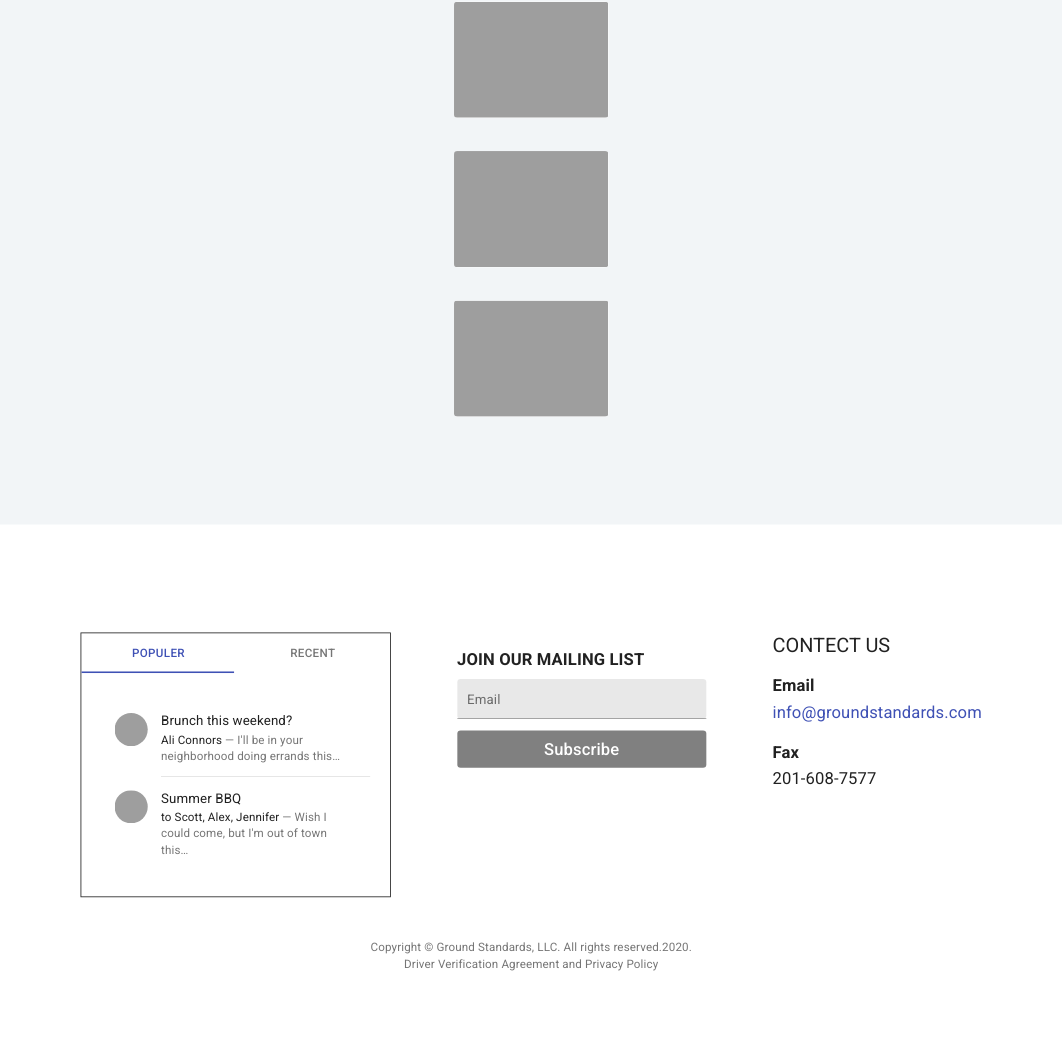
Repository: vinuvish/groundstandards_react
Page: /ourSolution
An editor plug-in stored every save of this project. The page is shown before and after a run of saves, followed by the edit.
The browser window is 1280 px wide. The pictures show the part of the page from y = 300 to 1651 px (the page is 1551 px tall before and 1651 px after), at 83% of full size.
Pictures or frames that could not be fetched are drawn as grey boxes. The page's requests for data from a server got no answer. The project was rebuilt for these pictures with package versions that can differ from the ones it lists, and the page was loaded fresh each time. No one was signed in, and anything a server would have sent is missing. Also part of the build but not shown: src/pages/app/NotFoundPage.tsx, src/pages/app/SignUpPage.tsx, src/pages/app/AboutPage.tsx, src/pages/app/OurPartnerPage.tsx, src/pages/app/ResourcePage.tsx, src/pages/app/PressPage.tsx, src/pages/app/BlockPage.tsx, src/pages/app/ContactPage.tsx and 4 more. Imported but missing from the stored project, and not drawn on this page: src/assets/video/video-2.mp4.

Above is the page before, as saved 2020-12-05 13:35:30.

### public/index.html
<!DOCTYPE html>
<html lang="en">
  <head>
    <meta charset="utf-8" />
    <link rel="icon" href="%PUBLIC_URL%/favicon.png" />
    <meta name="viewport" content="width=device-width, initial-scale=1" />
    <meta name="theme-color" content="#000000" />
    <meta name="description" content="Web site created using create-react-app" />
    <link rel="apple-touch-icon" href="%PUBLIC_URL%/logo192.png" />
    <link rel="stylesheet" href="https://fonts.googleapis.com/css?family=Roboto:300,400,500,700&display=swap" />
    <link rel="stylesheet" href="https://fonts.googleapis.com/icon?family=Material+Icons" />
    <!--
      manifest.json provides metadata used when your web app is installed on a
      user's mobile device or desktop. See https://developers.google.com/web/fundamentals/web-app-manifest/
    -->
    <link rel="manifest" href="%PUBLIC_URL%/manifest.json" />
    <!--
      Notice the use of %PUBLIC_URL% in the tags above.
      It will be replaced with the URL of the `public` folder during the build.
      Only files inside the `public` folder can be referenced from the HTML.

      Unlike "/favicon.ico" or "favicon.ico", "%PUBLIC_URL%/favicon.ico" will
      work correctly both with client-side routing and a non-root public URL.
      Learn how to configure a non-root public URL by running `npm run build`.
    -->
    <title>Ground Standard</title>
  </head>
  <body>
    <noscript>You need to enable JavaScript to run this app.</noscript>
    <div id="root"></div>
    <!--
      This HTML file is a template.
      If you open it directly in the browser, you will see an empty page.

      You can add webfonts, meta tags, or analytics to this file.
      The build step will place the bundled scripts into the <body> tag.

      To begin the development, run `npm start` or `yarn start`.
      To create a production bundle, use `npm run build` or `yarn build`.
    -->
  </body>
</html>

### src/App.tsx
import { CssBaseline, MuiThemeProvider, StylesProvider } from '@material-ui/core';
import { SnackbarProvider } from 'notistack';
import React from 'react';
import { theme } from './app_utils/MuiTheme';
import AppRouterRoutes from './AppRoutes';
import { useAppStore } from './models_stores/appStore';

function App() {
  const streamAuthUser = useAppStore((state) => state.streamAuthUser);
  const streamProducts = useAppStore((state) => state.streamDocuments);
  const streamCategories = useAppStore((state) => state.streamNotifications);
  const streamUsers = useAppStore((state) => state.streamUsers);

  React.useEffect(() => {
    streamAuthUser();
    streamCategories();
    streamUsers();
    streamProducts();
  }, []); // eslint-disable-line

  return (
    <SnackbarProvider maxSnack={3} anchorOrigin={{ vertical: 'bottom', horizontal: 'right' }}>
      <MuiThemeProvider theme={theme}>
        <CssBaseline />
        <StylesProvider injectFirst>
          <AppRouterRoutes></AppRouterRoutes>
        </StylesProvider>
      </MuiThemeProvider>
    </SnackbarProvider>
  );
}

export default App;

### src/app_utils/MuiTheme.tsx
import { createMuiTheme } from '@material-ui/core/styles';
import { BreakpointOverrides } from '@material-ui/core/styles/createBreakpoints';
import { Shadows } from '@material-ui/core/styles/shadows';

declare module '@material-ui/core/styles/createBreakpoints' {
  interface BreakpointOverrides {
    xs: true;
    sm: true;
    md: true;
    lg: true;
    xl: true;
    tablet: true;
    laptop: true;
    desktop: true;
  }
}

export const theme = createMuiTheme({
  breakpoints: {
    values: { xs: 0, sm: 600, md: 960, lg: 1280, xl: 1920, tablet: 400, laptop: 900, desktop: 1200 }
  },

  shadows: Array(25).fill('none') as Shadows,

  props: {
    MuiInput: { disableUnderline: true },
    MuiButton: { disableElevation: true },
    MuiButtonBase: { disableRipple: true },
    MuiPaper: { elevation: 0 },
    MuiCard: { elevation: 0 },
    MuiDivider: { color: 'white' },
    MuiOutlinedInput: {}
  },
  overrides: {
    MuiPaper: {
      root: {
        elevation: 0
      }
    },
    MuiCard: {
      root: {
        elevation: 0
      }
    },
    MuiButton: {
      root: {
        textTransform: 'capitalize'
      }
    }
  },
  palette: {
    background: {
      default: '#F2F5F7'
    }
  }
});

export const breakpoint = {
  xs: `(min-width: 0px)`,
  sm: `(min-width: 576px)`,
  md: `(min-width: 768px)`,
  lg: `(min-width: 992px)`,
  xl: `(min-width: 1200px)`
};

### src/AppRoutes.tsx
import { Container, createStyles, Grid, makeStyles, Theme } from '@material-ui/core';
import React from 'react';
import { Route, Router, Switch } from 'react-router-dom';
import ZAppBar from './components/ZAppBar';
import ZAppBarDrawer from './components/ZAppBarDrawer';
import NotFoundPage from './pages/app/NotFoundPage';
import SignUpPage from './pages/app/SignUpPage';
import history from './app_utils/History';
import AboutPage from './pages/app/AboutPage';
import OurSolutionPage from './pages/app/OurSolutionPage';
import OurPartnerPage from './pages/app/OurPartnerPage';
import ResourcePage from './pages/app/ResourcePage';
import PressPage from './pages/app/PressPage';
import BlockPage from './pages/app/BlockPage';
import ContactPage from './pages/app/ContactPage';
import AppHomePage from './pages/app/AppHomePage';
import ZFooter from './components/ZFooter';

const AppRouterRoutes = () => {
  const classes = useStyles();

  return (
    <Router history={history}>

      <ZAppBar />
      <Switch>{[AppRoutes]}</Switch>
      <ZFooter />
    </Router>


  );
};


const AppRoutes = [
  <Route exact path='/' component={AppHomePage} />,
  <Route exact path='/aboutUs' component={AboutPage} />,
  <Route exact path='/signUp' component={SignUpPage} />,
  <Route exact path='/ourSolution' component={OurSolutionPage} />,
  <Route exact path='/ourPartner' component={OurPartnerPage} />,
  <Route exact path='/resource' component={ResourcePage} />,
  <Route exact path='/press' component={PressPage} />,
  <Route exact path='/blog' component={BlockPage} />,
  <Route exact path='/contact' component={ContactPage} />,
  <Route component={NotFoundPage} />
];

const useStyles = makeStyles((theme: Theme) =>
  createStyles({
    grid: {
      display: 'flex'
    },
    containerAuthenticated: {
      margin: 'auto',
      marginTop: 68,
      padding: 20,
      width: `calc(100% - 240px)`,
      [theme.breakpoints.down('md')]: {
        width: '100%'
      }
    },
    containerUnauthenticated: {}
  })
);

export default AppRouterRoutes;

### src/app_utils/History.tsx
import { createBrowserHistory } from 'history';
export default createBrowserHistory({});

### src/pages/app/OurSolutionPage.tsx
import * as React from 'react';
import { makeStyles, Theme } from '@material-ui/core/styles';
import { Box, Card, Grid, Typography, CardActionArea, CardMedia } from '@material-ui/core';

interface Props { }

const OurSolutionPage: React.FC<Props> = () => {
    const classes = useStyles();
    const [state, setState] = React.useState({
        raised: false,
        shadow: 1,
    })
    return (
        <div className={classes.root}>
            <Grid container className={classes.grid} direction='column'>
                <Grid item xs={12}>
                    <Typography variant="h2">
                        <Box fontWeight={600} justifyContent='center' >
                            THE #1 SOLUTION
               </Box>
                    </Typography>
                </Grid>


            </Grid>
            <Grid container className={classes.grid} direction='column'>

                <Grid item xs={12}>
                    <Grid container justify="center" spacing={10}>
                        <Grid item>

                            <Card className={classes.image} classes={{ root: state.raised ? classes.cardHovered : "" }}
                                onMouseOver={() => setState({ raised: true, shadow: 3 })}
                                onMouseOut={() => setState({ raised: false, shadow: 1 })}
                                raised={state.raised} >

                                <CardActionArea>
                                    <CardMedia

                                        component="img"
                                        alt={'image'}
                                        height="140"
                                        image={'http://groundstandards.com/wp-content/uploads/compliance.png'}
                                        title={'image'}
                                    />
                                </CardActionArea>

                            </Card>
                        </Grid>


                    </Grid>

                    <Grid container justify="center" spacing={10}>
                        <Grid item>

                            <Card className={classes.image} classes={{ root: state.raised ? classes.cardHovered : "" }}
                                onMouseOver={() => setState({ raised: true, shadow: 3 })}
                                onMouseOut={() => setState({ raised: false, shadow: 1 })}
                                raised={state.raised} >

                                <CardActionArea>
                                    <CardMedia

                                        component="img"
                                        alt={'image'}
                                        height="140"
                                        image={'http://groundstandards.com/wp-content/uploads/compliance.png'}
                                        title={'image'}
                                    />
                                </CardActionArea>

                            </Card>
                        </Grid>


                    </Grid>
                    <Grid container justify="center" spacing={10}>
                        <Grid item>

                            <Card className={classes.image} classes={{ root: state.raised ? classes.cardHovered : "" }}
                                onMouseOver={() => setState({ raised: true, shadow: 3 })}
                                onMouseOut={() => setState({ raised: false, shadow: 1 })}
                                raised={state.raised} >

                                <CardActionArea>
                                    <CardMedia

                                        component="img"
                                        alt={'image'}
                                        height="140"
                                        image={'http://groundstandards.com/wp-content/uploads/compliance.png'}
                                        title={'image'}
                                    />
                                </CardActionArea>

                            </Card>
                        </Grid>


                    </Grid>
                </Grid>
            </Grid>
        </div>


    );
};

const useStyles = makeStyles((theme: Theme) => ({
    root: {
        width: '100vW',
        padding: theme.spacing(10, 20),
    }, grid: {
        padding: '50px',
        justifyContent: 'center',
        alignItems: 'center',
    },
    image: {
        maxWidth: 310,
        transition: "transform 0.50s ease-in-out"
    },
    cardHovered: {
        transform: "scale3d(1.05, 1.05, 2)"
    },
    grid: {
        padding: '50px',
        justifyContent: 'center',
        alignItems: 'center',
    },
}));

OurSolutionPage.defaultProps = {};

export default OurSolutionPage;

### src/firebase/firebase.tsx
import firebase from 'firebase/app';
import 'firebase/firestore';
import 'firebase/auth';
import 'firebase/storage';

const firebaseConfig = {
  apiKey: 'AIzaSyBWf1JYtcld5rEhou2YyANxAtl20AylP80',
  authDomain: 'groundstandards-8a1dd.firebaseapp.com',
  databaseURL: 'https://groundstandards-8a1dd.firebaseio.com',
  projectId: 'groundstandards-8a1dd',
  storageBucket: 'groundstandards-8a1dd.appspot.com',
  messagingSenderId: '137110708999',
  appId: '1:137110708999:web:ab0b42be7878425a805ba2',
  measurementId: 'G-V8H0LZB9DH'
};

if (!firebase.apps.length) firebase.initializeApp(firebaseConfig);

const firestore = firebase.firestore();
const auth = firebase.auth();

export { firebase as fireFirebase, firestore as fireFirestore, auth as fireAuth };

### src/models/AuthUserModel.ts
export class AuthUser implements IAuthUser {
  email: string;
  firstName: string;
  id: string;
  lastName: string;
  isActive: boolean;
  isAdmin: boolean;
  timestampAdded: Date;
  timestampLastLogin: Date;

  constructor(x: IAuthUser) {
    this.email = x.email;
    this.firstName = x.firstName;
    this.id = x.id;
    this.lastName = x.lastName;
    this.isActive = x.isActive;
    this.isAdmin = x.isAdmin;
    this.timestampAdded = x.timestampAdded;
    this.timestampLastLogin = x.timestampLastLogin;
  }

  static fromFirestore(doc: firebase.firestore.DocumentSnapshot<firebase.firestore.DocumentData>): AuthUser | null {
    const data = doc.data();
    if (!data) return null;

    return new AuthUser({
      email: data['email'] ?? '',
      firstName: data['firstName'] ?? '',
      id: doc.id,
      lastName: data['lastName'] ?? '',
      isActive: data['isActive'] ?? true,
      isAdmin: data['isAdmin'] ?? false,
      timestampAdded: data['timestampAdded']?.toDate() ?? new Date(),
      timestampLastLogin: data['timestampLastLogin']?.toDate() ?? new Date()
    });
  }

  getFullName(): string {
    return `${this.firstName} ${this.lastName}`;
  }
}

interface IAuthUser {
  email: string;
  firstName: string;
  id: string;
  lastName: string;
  isActive: boolean;
  isAdmin: boolean;
  timestampAdded: Date;
  timestampLastLogin: Date;
}
export interface IAuthUserRegister {
  email: string;
  firstName: string;
  lastName: string;
  password: string;
  isAdmin: boolean;
}

export interface IAuthUserUpdate {
  id: string;
  firstName: string;
  lastName: string;
  isActive: boolean;
  isAdmin: boolean;
}

### src/models/NotificationModel.ts
export class NotificationModel implements IEventModel {
  body: string;
  title: string;
  linkUrl: string;
  id: string;
  timestampAdded: Date;

  constructor(x: IEventModel) {
    {
      this.id = x.id;
      this.linkUrl = x.linkUrl;
      this.body = x.body;
      this.timestampAdded = x.timestampAdded;
      this.title = x.title;
    }
  }

  static fromFirestore(doc: firebase.firestore.DocumentSnapshot<firebase.firestore.DocumentData>): NotificationModel | null {
    const data = doc.data();
    if (!data) return null;
    return new NotificationModel({
      body: data['body'] ?? '',
      id: doc.id,
      linkUrl: data['linkUrl'] ?? '',
      timestampAdded: data['timestampAdded']?.toDate() ?? Date.now(),
      title: data['title'] ?? ''
    });
  }
}

interface IEventModel {
  body: string;
  title: string;
  linkUrl: string;
  id: string;
  timestampAdded: Date;
}

### src/components/ZTextFromField.tsx
import * as React from 'react';
import { makeStyles, TextField, Theme } from '@material-ui/core';
import { Controller, FieldError, Control } from 'react-hook-form';

interface Props {
  label: string;
  defaultValue?: string;
  className?: string;
  control: Control;
  error?: FieldError | undefined;
  name: string;
  rules?: any;
  rows?: number;
  type?: string;
  disabled?: boolean;
  variant?: 'standard' | 'filled' | 'outlined' | undefined;
}

const ZTextFormField: React.FC<Props> = ({ label, defaultValue, className, control, name, rules, rows, type, variant, error, disabled }) => {
  const classes = useStyles();
  return (
    <div key={name} className={className}>
      <Controller
        key={name}
        as={
          <TextField
            InputProps={{
              classes: { root: classes.root }
            }}
            disabled={disabled ?? false}
            name={name}
            error={error?.message ? true : false}
            helperText={error?.message ? error.message : undefined}
            fullWidth
            margin='dense'
            multiline={type ? false : true}
            rows={type ? undefined : rows}
            type={type}
            variant={(variant ?? 'outlined') as any}
          />
        }
        rules={rules ?? { required: 'This field is required' }}
        autoComplete='false'
        label={label}
        name={name}
        control={control}
        defaultValue={defaultValue ?? ''}
      />
    </div>
  );
};

const useStyles = makeStyles((theme: Theme) => ({
  root: {
    borderRadius: '4px'
  }
}));

ZTextFormField.defaultProps = {};

export default ZTextFormField;

// rules={register({
//             required: true,
//             pattern: {
//               value: /^[A-Z0-9._%+-]+@[A-Z0-9.-]+\.[A-Z]{2,}$/i,
//               message: 'Invalid email address',
//             },
//           })}

### src/components/ZTabPanal.tsx
import { Box, Typography } from '@material-ui/core';
import React from 'react';


interface Props {
    children?: React.ReactNode;
    dir?: string;
    index: any;
    value: any;
}

const ZTabPanal: React.FC<Props> = ({ children, value, index, ...other }) => {

    return (
        <Box borderTop={0} >
            <div
                role="tabpanel"
                hidden={value !== index}
                id={`full-width-tabpanel-${index}`}
                aria-labelledby={`full-width-tab-${index}`}
                {...other}>
                {value === index && (
                    <Box p={3}>
                        <Typography>{children}</Typography>
                    </Box>
                )}

            </div>
        </Box>
    );


}

ZTabPanal.defaultProps = {};

export default ZTabPanal;

### src/components/ZListCard.tsx
import { Box, createStyles, makeStyles, Theme } from '@material-ui/core';
import React from 'react';
import List from '@material-ui/core/List';
import ListItem from '@material-ui/core/ListItem';
import Divider from '@material-ui/core/Divider';
import ListItemText from '@material-ui/core/ListItemText';
import ListItemAvatar from '@material-ui/core/ListItemAvatar';
import Avatar from '@material-ui/core/Avatar';
import Typography from '@material-ui/core/Typography';

interface Props {
    children?: React.ReactNode;
    dir?: string;
    index: any;
    value: any;
}

const ZListCard = () => {
    const classes = useStyles();

    return (
        <>
            <List className={classes.root}>
                <ListItem alignItems="flex-start">
                    <ListItemAvatar>
                        <Avatar alt="Remy Sharp" src="/static/images/avatar/1.jpg" />
                    </ListItemAvatar>
                    <ListItemText
                        primary="Brunch this weekend?"
                        secondary={
                            <React.Fragment>
                                <Typography
                                    component="span"
                                    variant="body2"
                                    className={classes.inline}
                                    color="textPrimary"
                                >
                                    Ali Connors
                  </Typography>
                                {" — I'll be in your neighborhood doing errands this…"}
                            </React.Fragment>
                        }
                    />
                </ListItem>
                <Divider variant="inset" component="li" />
                <ListItem alignItems="flex-start">
                    <ListItemAvatar>
                        <Avatar alt="Travis Howard" src="/static/images/avatar/2.jpg" />
                    </ListItemAvatar>
                    <ListItemText
                        primary="Summer BBQ"
                        secondary={
                            <React.Fragment>
                                <Typography
                                    component="span"
                                    variant="body2"
                                    className={classes.inline}
                                    color="textPrimary"
                                >
                                    to Scott, Alex, Jennifer
                  </Typography>
                                {" — Wish I could come, but I'm out of town this…"}
                            </React.Fragment>
                        }
                    />
                </ListItem>

            </List>
        </>
    );

}

ZListCard.defaultProps = {};

export default ZListCard;
const useStyles = makeStyles((theme: Theme) =>
    createStyles({
        root: {
            width: '100%',
            maxWidth: '36ch',
            backgroundColor: theme.palette.background.paper,
        },
        inline: {
            display: 'inline',
        },
    }),
);

Loaded but not shown: src/index.tsx (common file); src/styles/index.css (common file); src/components/ZAppBar.tsx (209 lines, source omitted); src/components/ZFooter.tsx (169 lines, source omitted); src/models/DocumentModel.ts (144 lines, source omitted); src/components/ZAppBarDrawerTemp.tsx (129 lines, source omitted); src/models_stores/appStore.ts (105 lines, source omitted)

After the next 2 saves:
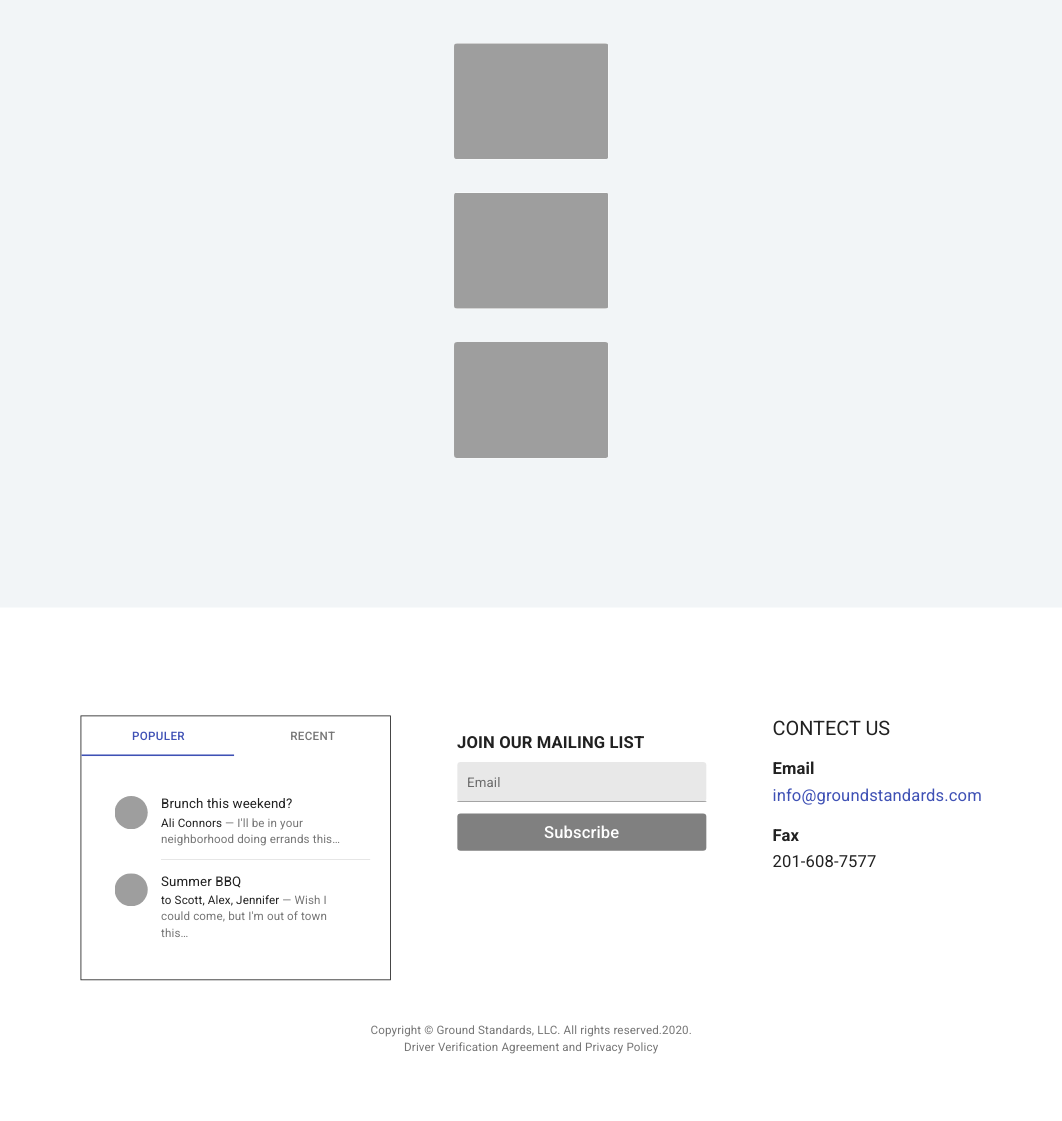
The 2 saves are shown as one change because 1 did not build or start.
The last was saved 38 s later.
--- a/src/pages/app/OurSolutionPage.tsx
+++ b/src/pages/app/OurSolutionPage.tsx
@@ -25,7 +25,7 @@ const OurSolutionPage: React.FC<Props> = () => {
             </Grid>
             <Grid container className={classes.grid} direction='column'>
 
-                <Grid item xs={12}>
+                <Grid item xs={12} className={classes.grid}>
                     <Grid container justify="center" spacing={10}>
                         <Grid item>
 
